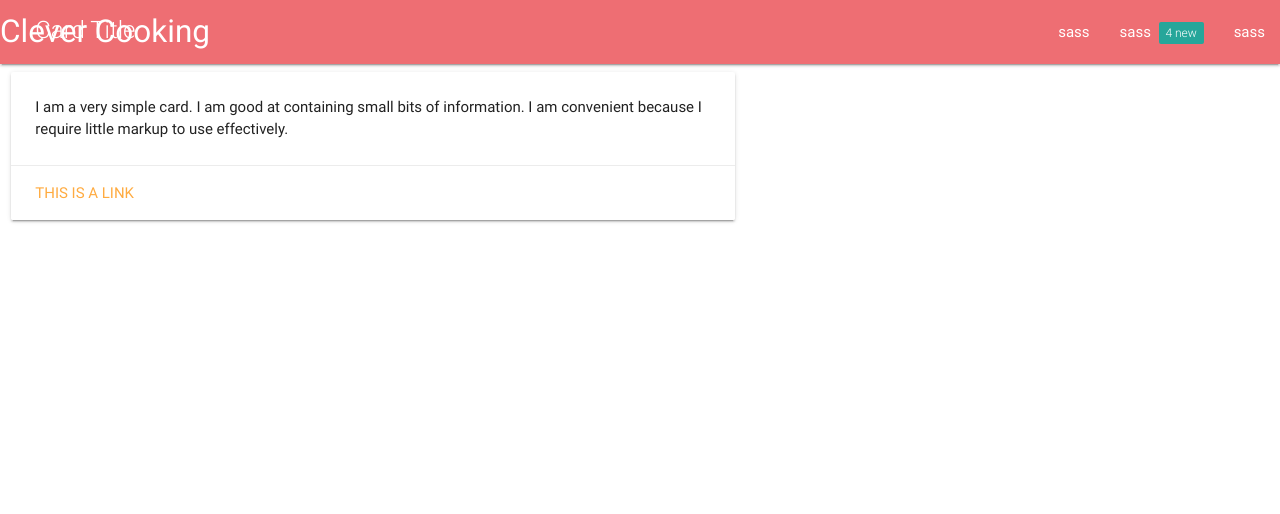
Repository: Code-Institute-Submissions/online-recipe-cookbook
Page: templates/show_recipe.html
The author's editor kept a record of every edit. The page is drawn from the files as they stood at one moment, then again after the next edit.
The browser window is 1280 px wide. The pictures show the whole page.
Some web libraries are served in a nearby version. The page is served by the project's application, run on Flask 3 (app.py). The template is opened directly, without the code that normally fills it, so the values that code supplies are empty.

Above is the page before.

### templates/show_recipe.html
{%extends 'base.html'%}
{% block content %}
<!DOCTYPE html>
<html>
    <head>

    </head>
    <body>
       <div id="container">
            <div class="row">
    <div class="col s12 m7">
      <div class="card">
        <div class="card-image">
          <img src="{{recipe.image_link}}">
          <span class="card-title">Card Title</span>
        </div>
        <div class="card-content">
          <p>I am a very simple card. I am good at containing small bits of information.
          I am convenient because I require little markup to use effectively.</p>
        </div>
        <div class="card-action">
          <a href="#">This is a link</a>
        </div>
      </div>
    </div>
  </div>
       </div>
    </body>
</html>
{% endblock %}

### templates/base.html
<!DOCTYPE html>
<html>

<head>
    <link href="https://fonts.googleapis.com/icon?family=Material+Icons" rel="stylesheet">
    <link rel="stylesheet" href="https://cdnjs.cloudflare.com/ajax/libs/materialize/0.100.2/css/materialize.min.css">
    <link rel="stylesheet" href="{{url_for('static', filename='css/style.css')}}" type="text/css"/>
</head>

<body>
    <header><nav>
  <div class="nav-wrapper">
    <a href="" class="brand-logo">Clever Cooking</a>
    <ul id="nav-mobile" class="right hide-on-med-and-down">
      <li><a href="">sass</a></li>
      <li><a href="">sass <span class="new badge">4</span></a></li>
      <li><a href="">sass</a></li>
    </ul>
  </div>
</nav></header>
    {% block content %}

    {% endblock %}

    <script src="https://cdnjs.cloudflare.com/ajax/libs/jquery/3.2.1/jquery.min.js"></script>
    <script src="https://cdnjs.cloudflare.com/ajax/libs/materialize/0.100.2/js/materialize.min.js"></script>
    <script type="text/javascript">
    $(document).ready(function(){
    $('.modal').modal();

    function sendItem(val) {
        console.log(val);
    }
    $(function () {
            $('input.autocomplete').autocomplete({
                data: {
                    "Apple": null,
                    "Microsoft": null,
                    "Google": 'http://placehold.it/250x250'
                },
                onAutocomplete: function(txt) {
                  sendItem(txt);
                },
                limit: 20, // The max amount of results that can be shown at once. Default: Infinity.
            });

    });

  });
    </script>

</body>

</html>

### app.py
import os
from flask import Flask, render_template, redirect, request, url_for
from flask_pymongo import PyMongo
from bson.objectid import ObjectId

app = Flask(__name__)
app.config["MONGO_DBNAME"] = 'cookbookDb'
#app.config["MONGO_URI"] = os.getenv('MONGO_URI', 'mongodb://localhost')
app.config["MONGO_URI"]="mongodb+srv://root-user96:r00tUser96@myfirstcluster-ehz2d.mongodb.net/cookbookDb?retryWrites=true&w=majority"


mongo = PyMongo(app)

@app.route('/')
@app.route('/get_top_recipes')
def get_top_recipes():
    return render_template("home.html", recipes=mongo.db.recipes.find())

@app.route('/edit_recipe/<recipe_id>')
def edit_recipe(recipe_id):
    the_recipe = mongo.db.recipes.find_one({"_id": ObjectId(recipe_id)})
    return render_template('edit_recipe.html', recipe=the_recipe)


@app.route('/delete_recipe/<recipe_id>')
def delete_recipe(recipe_id):
    mongo.db.recipes.remove({'_id': ObjectId(recipe_id)})
    return redirect(url_for('get_top_recipes'))

@app.route('/update_recipe/<recipe_id>', methods=['POST'])
def update_recipe(recipe_id):
    recipes = mongo.db.recipes
    recipes.update({'_id': ObjectId(recipe_id)},
    {
        'recipe_name':request.form.get('recipe_name'),
        'prep_time':request.form.get('prep_time'),
        'cook_time':request.form.get('cook_time'),
        'ingredients':request.form.get('ingredients'),
        #'cuisine':request.form.get('cuisine'),
        'method_steps':request.form.get('method_steps'),
        'tools_used':request.form.get('tools_used'),
        'image_link':request.form.get('image_link')
    })
    return redirect(url_for('get_top_recipes'))

@app.route('/insert_recipe', methods=['POST'])
def insert_recipe():
    recipes = mongo.db.recipes
    recipes.insert_one(request.form.to_dict())
    return redirect(url_for('get_top_recipes'))

@app.route('/add_recipe')
def add_recipe():
    return render_template("add_recipe.html")

@app.route('/get_recipe_names')
def get_recipe_names():
    return render_template("index.html", names=mongo.db.recipe_names.find())

if __name__ == '__main__':
    app.run(host=os.environ.get('IP'),
            port=int(os.environ.get('PORT')),
            debug=True)

Loaded but not shown: static/css/style.css (no copy from this time; the picture is the same without it)

After the next edit:
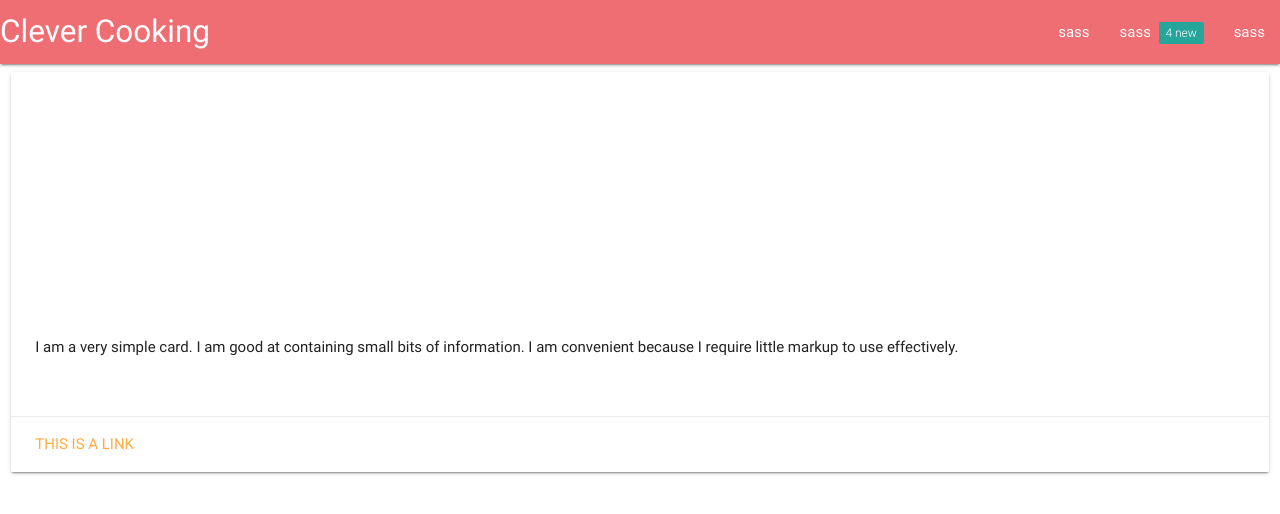
The edit:
--- a/templates/show_recipe.html
+++ b/templates/show_recipe.html
@@ -8,9 +8,9 @@
     <body>
        <div id="container">
             <div class="row">
-    <div class="col s12 m7">
-      <div class="card">
-        <div class="card-image">
+    <div class="col s12 m12">
+      <div class="card medium">
+        <div class="card-image" style="height: 300px">
           <img src="{{recipe.image_link}}">
           <span class="card-title">Card Title</span>
         </div>
